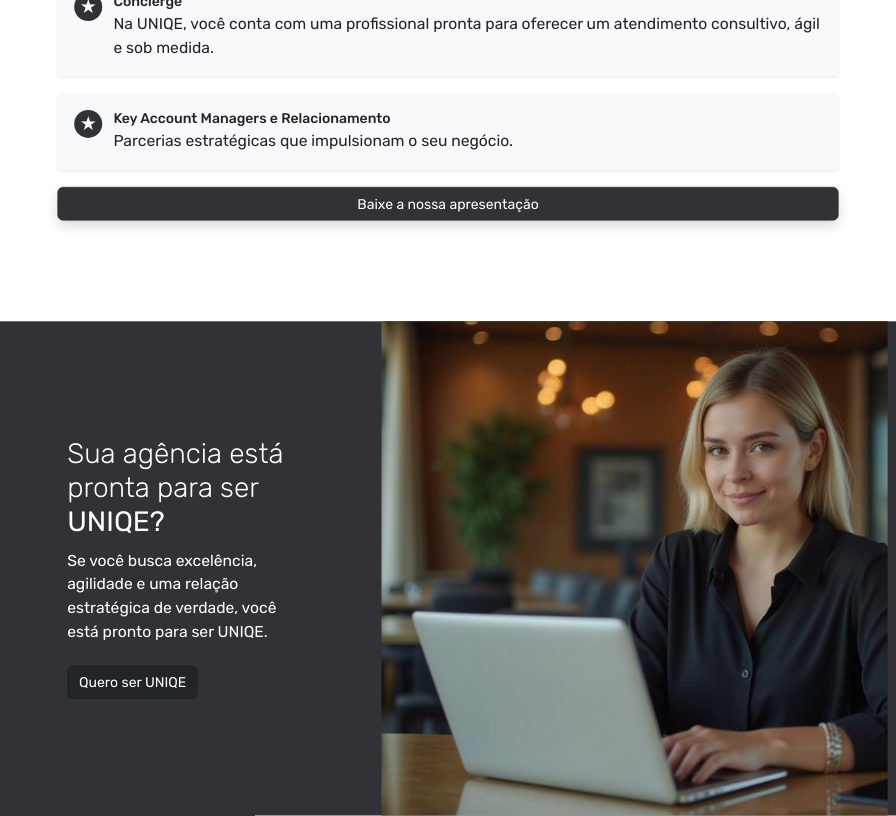
Repository: SkyTeam-Dev/Site-Uniqe
Page: http://localhost/
An editor plug-in stored every save of this project. The page is shown before and after the next save, followed by the edit.
The browser window is 1280 px wide. The pictures show the part of the page from y = 2170 to 4090 px (the page is 3335 px tall before and 4090 px after), at 70% of full size.
Some web libraries are served in a nearby version. The page is run by PHP 8.4 with error messages shown; the project is at /var/www/html/.

Above is the page before, as saved 2025-07-04 10:53:29.

### index.php
<!DOCTYPE html>
<html lang="pt-br" prefix="og: https://ogp.me/ns#"></html>

<head>
    <title>:: Uniqe by Skyteam ::</title>
    <!-- Define uma descrição otimizada para mecanismos de busca (Maximo 160 caracteres mas o recomendado é 50 caracteres) -->
    <link rel="profile" href="https://gmpg.org/xfn/11">
    <meta name="description"
        content="Uniqe Consolidadora: especialista em soluções integradas para agências e operadoras de turismo. Emissão facilitada de passagens aéreas, hotéis e serviços, com acesso a tarifas exclusivas, tecnologia avançada (GDS, APIs, back‑e front‑office) e suporte completo para viagens corporativas e lazer." />
    <!-- Define palavras-chave (não tem mais impacto no Google, mas pode ajudar em outros mecanismos) -->
    <meta name="keywords" content="consolidadora de turismo, consolidadora low‑cost, consolidadores de voos, consolidadora corporate, integração com GDS, emissão consolidada, taxa de consolidação, tarifa net, tarifa consolidada, agência de viagens, operadora de turismo, consolidadora de passagens, emissão de bilhetes, GDS, pacotes turísticos, cotação de voos, voos internacionais, voos nacionais, tarifas aéreas, reserva online, sistema de reservas, integrador GDS, e‑ticket, back‑office, front‑office, gestão de reservas, gestão de bilhetes, consolidadora corporate, viagem corporativa, agência corporativa, viagem business, travel policy, controle de despesas, prestação de contas, dashboards corporativos, booking online corporativo, análise de gastos, travel management company (TMC), integração ERP, aprovação de viagem, hotel, sistema hoteleiro, PMS (Property Management System), CRS (Central Reservation System), booking de hotéis, gestão de reservas, check‑in/out, inventário de quartos, channel manager, tarifas de acomodação, pacote com hospedagem, luxo, resort, pousada, sistema de turismo, ERP, back‑office viagem, front‑office agência, plataforma digital, API para hotéis, chatbot de viagem, CRM para agência, software de gestão, automação de venda, BI para turismo, análise de dados, integração OAuth, segurança web, mobile booking, traveltech, fintech de viagem, cashback de viagem, programa de fidelidade, cashback em passagens, descontos exclusivos, ofertas promocionais, pacote promocional, tarifas especiais, trip benefits, incentivo de viagem, viagem de luxo, turismo premium, experiência VIP, travel concierge, roteiros exclusivos, first class, business class, pacote VIP, alta gastronomia, hospedagem cinco estrelas, resort de luxo, parcerias com GDS (Amadeus, Sabre, Travelport), API de integração, integração com buscadores, travel aggregator, parceiro tecnológico, consolidadora parceira ">
    <meta charset="utf-8">
    <meta http-equiv="X-UA-Compatible" content="IE=edge">
    <link rel="canonical" href="https://uniqe.tur.br/" />
    <link rel='shortlink' href='https://uniqe.tur.br/' />
    <meta name="referrer" content="strict-origin">

    <?php

    if($_SERVER['HTTP_HOST'] == 'uniqe.tur.br' || $_SERVER['HTTP_HOST'] == 'www.uniqe.tur.br') {
    ?>
    <!-- Define a indexação pelos mecanismos de busca -->
<meta name="robots" content="index, follow, max-snippet:-1, max-video-preview:-1, max-image-preview:large"/> <!-- Para indexar e seguir links -->
    <?php
    } else {
      ?>

    <meta name="robots" content="noindex, nofollow""> <!-- Para Não indexar e seguir links -->

    <?php

    }

    ?>

    <!-- GOOGLE JSON-LD para SEO -->
    <script type=" application/ld+json">
    {
    "@context": "https://schema.org",
    "@type": "WebSite",
    "name": "Uniqe by Skyteam",
    "url": "https://uniqe.tur.br",
    "description": "Uniqe Consolidadora: especialista em soluções integradas para agências e operadoras de turismo. Emissão facilitada de passagens aéreas, hotéis e serviços, com acesso a tarifas exclusivas, tecnologia avançada (GDS, APIs, back‑e front‑office) e suporte completo para viagens corporativas e lazer.",
    "image": "https://uniqe.tur.br/Templates/Default/Imagens/OG_Uniqe_Base.jpg",
    "author": {
    "@type": "Person",
    "name": "Uniqe"
    },
    "publisher": {
    "@type": "Organization",
    "name": "Uniqe by Skyteam",
    "logo": {
    "@type": "ImageObject",
    "url": "https://uniqe.tur.br/Templates/Default/Imagens/OG_Uniqe_Base.jpg"
    }
    }
    }
    </script>
    <!-- GOOGLE JSON-LD para SEO -->

    <!-- Define o autor do conteúdo -->
    <meta name="author" content="Uniqe By SkyTeam">
	  <meta name="copyright" content="© <?php echo date("Y");?> Uniqe By SkyTeam" />
	  <meta name="DC.rights" content="https://uniqe.tur.br">
	  <meta name="dcterms:rightsHolder" content="Uniqe By SkyTeam">

	  <meta name="developer" content="Charles Corrêa <charlescorreaweb@gmail.com">

    <!-- Controla como o Google exibe o snippet do site -->
    <meta name="google" content="nosnippet"> <!-- Impede snippets na SERP -->
    <meta name="google" content="max-snippet:-1, max-image-preview:large, max-video-preview:-1">
    <!-- Personaliza como o conteúdo é mostrado -->

    <!-- Diz ao Google para não traduzir a página automaticamente -->
    <meta name="google" content="notranslate">

    <!-- Define a geolocalização para buscas locais -->
    <meta name="DC.title" content="Uniqe By SkyTeam" />
    <meta name="geo.region" content="BR-RS" />
    <meta name="geo.placename" content="Porto Alegre" />
    <meta name="geo.position" content="-30.030205;-51.229975" />
    <meta name="ICBM" content="-30.030205, -51.229975" />
    <!-- Criador do conteúdo -->
    <meta name="DC.creator" content="Uniqe By SkyTeam">
    <!-- Assunto ou tema do conteúdo -->
    <meta name="DC.subject"
        content="Uniqe Consolidadora: especialista em soluções integradas para agências e operadoras de turismo. Emissão facilitada de passagens aéreas, hotéis e serviços, com acesso a tarifas exclusivas, tecnologia avançada (GDS, APIs, back‑e front‑office) e suporte completo para viagens corporativas e lazer.">
    <!-- Descrição do conteúdo -->
    <meta name=" DC.description"
        content="Uniqe Consolidadora: especialista em soluções integradas para agências e operadoras de turismo. Emissão facilitada de passagens aéreas, hotéis e serviços, com acesso a tarifas exclusivas, tecnologia avançada (GDS, APIs, back‑e front‑office) e suporte completo para viagens corporativas e lazer.">

    <!-- Editora ou organização responsável -->
    <meta name="publisher" content="Uniqe By SkyTeam">
    <!-- Identificador único (ex: URL, DOI) -->
    <meta name="identifier" content="https://uniqe.tur.br">
    <!-- Idioma do conteúdo -->
    <meta name="language" content="pt-BR">

    <!-- Direitos autorais e licenciamento -->
    <meta name="rights" content="© <?php echo date("Y");?> Uniqe By SkyTeam. Todos os direitos reservados.">


    <!-- Definição do protocolo Open Graph BASE -->
    <meta property="og:type" content="website">
    <!-- URL canônica da página -->
    <meta property="og:url" content="https://uniqe.tur.br/">
    <!-- Título que aparecerá no compartilhamento -->
    <meta property="og:title" content="Uniqe by Skyteam">
    <!-- Descrição curta e chamativa -->
    <meta property="og:description"
        content="Uniqe Consolidadora: especialista em soluções integradas para agências e operadoras de turismo. Emissão facilitada de passagens aéreas, hotéis e serviços, com acesso a tarifas exclusivas, tecnologia avançada (GDS, APIs, back‑e front‑office) e suporte completo para viagens corporativas e lazer.">
    <!-- Imagem para exibição no compartilhamento -->
    <meta property="og:image" content="https://uniqe.tur.br/Templates/Default/Imagens/OG_Uniqe_Base.jpg">
    <!-- 1200x630 pixels é o tamanho recomendado pelo Facebook e outras redes sociais -->
    <meta property="og:image:alt"
        content="Uniqe Consolidadora: especialista em soluções integradas para agências e operadoras de turismo. Emissão facilitada de passagens aéreas, hotéis e serviços, com acesso a tarifas exclusivas, tecnologia avançada (GDS, APIs, back‑e front‑office) e suporte completo para viagens corporativas e lazer.">
    <!-- Especificações adicionais para a imagem -->
    <meta property="og:image:width" content="1200">
    <meta property="og:image:height" content="630">
    <!-- Nome do site (opcional, mas recomendado) -->
    <meta property="og:site_name" content="Uniqe by Skyteam">
    <!-- Idioma da página -->
    <meta property="og:locale" content="pt_BR">
    <!-- Definição do protocolo Open Graph BASE -->

    <!-- Twitter Card -->
    <meta name="twitter:card" content="summary_large_image">
    <meta name="twitter:title" content="Uniqe by Skyteam">
    <meta name="twitter:description"
        content="Uniqe Consolidadora: especialista em soluções integradas para agências e operadoras de turismo. Emissão facilitada de passagens aéreas, hotéis e serviços, com acesso a tarifas exclusivas, tecnologia avançada (GDS, APIs, back‑e front‑office) e suporte completo para viagens corporativas e lazer.">
    <meta name="twitter:image" content="https://uniqe.tur.br/Templates/Default/Imagens/OG_Uniqe_Base.jpg">
    <!-- Twitter Card -->



    <meta name="viewport" content="width=device-width, initial-scale=1, shrink-to-fit=no">

    <link rel='preconnect' href='//fonts.googleapis.com' />
    <link rel="preconnect" href="//fonts.gstatic.com" crossorigin>
    <link rel='preconnect' href='//jsdelivr.net' />
    <link rel='preconnect' href='//cdn.jsdelivr.net' />
    <link rel='preconnect' href='//code.jquery.com' />



    <!-- CSS -->
    <script src="https://kit.fontawesome.com/1f7edb10c1.js" crossorigin="anonymous"></script>

    <link
        href="https://fonts.googleapis.com/css2?family=DM+Sans:ital,opsz,wght@0,9..40,100..1000;1,9..40,100..1000&family=Inter:ital,opsz,wght@0,14..32,100..900;1,14..32,100..900&family=Rubik:ital,wght@0,300..900;1,300..900&display=swap"
        rel="stylesheet">

    <link rel="stylesheet" href="Templates/Default/Bootstrap/bootstrap.css">
    <link rel="stylesheet" href="Templates/Default/CSS/Site.css">

    <link rel="stylesheet" href="https://cdn.jsdelivr.net/npm/slick-carousel@1.8.1/slick/slick.css" />
    <link rel="stylesheet" href="https://cdn.jsdelivr.net/npm/slick-carousel@1.8.1/slick/slick-theme.css" />


    <!-- CSS -->

    <!-- Favicon -->


    <!-- Favicon e Theme Color-->
    <link rel="icon" type="image/png" href="Templates/Default/Imagens/Favicons/favicon-96x96.png" sizes="96x96" />
    <link rel="icon" type="image/svg+xml" href="Templates/Default/Imagens/Favicons/favicon.svg" />
    <link rel="shortcut icon" href="Templates/Default/Imagens/Favicons/favicon.ico" />
    <link rel="icon" href="Templates/Default/Imagens/Favicons/favicon.ico" type="image/x-icon">
    <link rel="apple-touch-icon" sizes="180x180" href="Templates/Default/Imagens/Favicons/apple-touch-icon.png" />
    <link rel="manifest" href="Templates/Default/Imagens/Favicons/site.webmanifest" />
    <link rel="apple-touch-icon" href="Templates/Default/Imagens/Favicons/favicon-96x96.png">
    <meta name="msapplication-TileImage" content="Templates/Default/Imagens/Favicons/favicon-96x96.png">
    <meta name="theme-color" content="#313136">
    <meta name="apple-mobile-web-app-capable" content="yes">
    <meta name="apple-mobile-web-app-status-bar-style" content="black-translucent">
    <meta name="msapplication-TileColor" content="#313136">
    <!-- Favicon -->


    <!-- Rastreamento e Comunicação -->

    <!-- Google Tag Manager -->
    <script>
    (function(w, d, s, l, i) {
        w[l] = w[l] || [];
        w[l].push({
            'gtm.start': new Date().getTime(),
            event: 'gtm.js'
        });
        var f = d.getElementsByTagName(s)[0],
            j = d.createElement(s),
            dl = l != 'dataLayer' ? '&l=' + l : '';
        j.async = true;
        j.src =
            'https://www.googletagmanager.com/gtm.js?id=' + i + dl;
        f.parentNode.insertBefore(j, f);
    })(window, document, 'script', 'dataLayer', 'GTM-PS6PGN9L');
    </script>
    <!-- End Google Tag Manager -->

    <!-- Rastreamento e Comunicação -->



    <script src="https://www.google.com/recaptcha/api.js"></script>


</head>

<body onload="document.body.classList.add('show');" class="fade-in">


    <!-- Cabeçalho -->
    <header id="mainHeader" class="menu-transparent mt-0">
        <div class="container-fluid d-flex justify-content-between align-items-center p-3">
            <div>
                <img src="Templates/Default/Imagens/Logo_Uniqe_Branco.png" class="ms-4 img-fluid fw-bold">
                <!-- Troque pelo seu logo -->
            </div>
            <div>
                <a href="#" class="btn btn-sm btn-outline-light me-2 rounded-3 shadow">Seja Cliente</a>
                <a href="#" class="btn btn-sm btn-light rounded-3 shadow">Portal Uniqe</a>
            </div>
        </div>
    </header>

    <!-- Conteúdo -->
    <main class="bg-primary">

        <section class="container-fluid p-5 Hero d-flex justify-content-center align-items-center min-vh-100" id="Hero">
            <div class="row">
                <div class="col-md-6 col-sm-12">
                    <h1 class="text-white mb-5">Consolidadora Premium para Grandes Negócios do Turismo</h1>
                    <p class="text-white mb-3">Atendimento completo, personalizado e com foco em performance e
                        relacionamento.</p>
                    <a href="#" class="btn btn-lg btn-primary">Quero ser UNIQE</a>
                </div>
            </div>


        </section>

    </main>
    <!-- Conteúdo -->

    <!-- Cabeçalho -->

    <!-- Por que ser UNIQE -->

    <section class="container bg-white Espacamento_Superior">

        <div class="row  p-5">

            <div class="col-sm-12">

                <h1 class="mb-2">Por que ser UNIQE?</h1>
                <p class="mb-5">Mais do que uma consolidadora, somos um parceiro estratégico com atendimento premium
                    e completo em todas as etapas da jornada.</p>
            </div>
        </div>
        <div class="row text-center">

            <div class="col-md-3 col-sm-12">
                <img src="Templates/Default/Imagens/foto-uniqe-01.jpg"
                    class="img-fluid img-hover-site text-center m-2 rounded border-1">
            </div>

            <div class="col-md-3 col-sm-12">
                <img src="Templates/Default/Imagens/foto-uniqe-02.png"
                    class="img-fluid img-hover-site text-center m-2 rounded border=1">
            </div>

            <div class="col-md-3 col-sm-12">
                <img src="Templates/Default/Imagens/foto-uniqe-03.jpg"
                    class="img-fluid img-hover-site text-center m-2 rounded border=1">
            </div>

            <div class="col-md-3 col-sm-12">
                <img src="Templates/Default/Imagens/foto-uniqe-04.jpg"
                    class="img-fluid img-hover-site text-center m-2 rounded border-1">
            </div>




        </div>

        </div>

    </section>

    <!-- Por que ser UNIQE -->

    <section class="container py-5">
        <div class="row g-4">

            <div class="col-12">
                <div class="card-beneficio d-flex align-items-start bg-light rounded p-4 shadow-sm">
                    <div class="me-3">
                        <span
                            class="icone fs-4 text-white rounded-circle d-inline-flex align-items-center justify-content-center"
                            style="width: 40px; height: 40px;">
                            ★
                        </span>
                    </div>
                    <div>
                        <h5 class="mb-1">Atendimento Premium</h5>
                        <p class="mb-0">Equipe dedicada, com atendimento consultivo e soluções sob medida para sua
                            agência.</p>
                    </div>
                </div>
            </div>

            <div class="col-12">
                <div class="card-beneficio d-flex align-items-start bg-light rounded p-4 shadow-sm">
                    <div class="me-3">
                        <span
                            class="icone fs-4 text-white rounded-circle d-inline-flex align-items-center justify-content-center"
                            style="width: 40px; height: 40px;">
                            ★
                        </span>
                    </div>
                    <div>
                        <h5 class="mb-1">Suporte de Ponta a Ponta</h5>
                        <p class="mb-0">Do planejamento ao pós-venda, oferecemos suporte completo com agilidade e
                            excelência.</p>
                    </div>
                </div>
            </div>


            <div class="col-12">
                <div class="card-beneficio d-flex align-items-start bg-light rounded p-4 shadow-sm">
                    <div class="me-3">
                        <span
                            class="icone fs-4 text-white rounded-circle d-inline-flex align-items-center justify-content-center"
                            style="width: 40px; height: 40px;">
                            ★
                        </span>
                    </div>
                    <div>
                        <h5 class="mb-1">Plantão Emergencial</h5>
                        <p class="mb-0">Profissionais do próprio time, preparados para agir com rapidez, diante de
                            qualquer imprevisto.</p>
                    </div>
                </div>
            </div>

            <div class="col-12">
                <div class="card-beneficio d-flex align-items-start bg-light rounded p-4 shadow-sm">
                    <div class="me-3">
                        <span
                            class="icone fs-4 text-white rounded-circle d-inline-flex align-items-center justify-content-center"
                            style="width: 40px; height: 40px;">
                            ★
                        </span>
                    </div>
                    <div>
                        <h5 class="mb-1">Campanhas Exclusivas</h5>
                        <p class="mb-0">A UNIQE premia e incentiva seus parceiros com campanhas exclusivas que garantem
                            vantagens especiais.</p>
                    </div>
                </div>
            </div>

            <div class="col-12">
                <div class="card-beneficio d-flex align-items-start bg-light rounded p-4 shadow-sm">
                    <div class="me-3">
                        <span
                            class="icone fs-4 text-white rounded-circle d-inline-flex align-items-center justify-content-center"
                            style="width: 40px; height: 40px;">
                            ★
                        </span>
                    </div>
                    <div>
                        <h5 class="mb-1">Concierge</h5>
                        <p class="mb-0">Na UNIQE, você conta com uma profissional pronta para oferecer um atendimento
                            consultivo, ágil e sob medida.</p>
                    </div>
                </div>
            </div>

            <div class="col-12">
                <div class="card-beneficio d-flex align-items-start bg-light rounded p-4 shadow-sm">
                    <div class="me-3">
                        <span
                            class="icone fs-4 text-white rounded-circle d-inline-flex align-items-center justify-content-center"
                            style="width: 40px; height: 40px;">
                            ★
                        </span>
                    </div>
                    <div>
                        <h5 class="mb-1">Key Account Managers e Relacionamento</h5>
                        <p class="mb-0">Parcerias estratégicas que impulsionam o seu negócio.</p>
                    </div>
                </div>
            </div>

            <div class="col-12">
                <div class="d-grid gap-2">
                    <a href="#" class="btn btn-primary btn-block btn-lg rounded-3 shadow mb-5" data-bs-toggle="modal"
                        data-bs-target="#modalPDF">
                        Baixe a nossa apresentação
                    </a>
                </div>
            </div>

            <!-- MODAL -->

            <div class="modal fade" id="modalPDF" tabindex="-1" aria-labelledby="modalPDFLabel" aria-hidden="true"
                data-bs-keyboard="false">
                <div class="modal-dialog modal-dialog-centered modal-xl">
                    <div class="modal-content">
                        <div class="modal-header">
                            <h5 class="modal-title" id="modalPDFLabel">Apresentação UNIQE</h5>
                            <button type="button" class="btn-close" data-bs-dismiss="modal"
                                aria-label="Fechar"></button>
                        </div>
                        <div class="modal-body p-0" style="height: 85vh;">
                            <iframe
                                src="https://uniqe.blob.core.windows.net/uniqe/apresentacao/apresenta%C3%A7%C3%A3o-uniqe.pdf"
                                class="w-100 h-100 border-0"></iframe>
                        </div>
                    </div>
                </div>
            </div>

            <!-- MODAL -->

        </div>
    </section>

    <section class="container-fluid bg-primary mt-5 text-white">

        <div class="row align-items-center">

            <!-- Coluna de texto -->

            <div class="col-md-5 p-5 mb-4 mb-md-0">
                <div class="p-5">
                    <h1 class="fw-light">Sua agência está pronta para ser <strong>UNIQE?</strong></h1>
                    <p class="mt-3">Se você busca excelência, agilidade e uma relação estratégica de verdade, você está
                        pronto para ser UNIQE.</p>
                    <a href="#" class="btn btn-dark btn-lg mt-3">Quero ser UNIQE</a>
                </div>
            </div>


            <!-- Coluna de imagem -->
            <div class="col-md-7 d-flex align-items-stretch">
                <div class="w-100">
                    <img src="Templates/Default/Imagens/foto-uniqe-formulario.jpg" alt="Atendente UNIQE"
                        class="img-fluid w-100 h-100 object-fit-cover">
                </div>
            </div>


        </div>
    </section>







    <script src="https://cdn.jsdelivr.net/npm/bootstrap@5.3.3/dist/js/bootstrap.bundle.min.js"></script>
    <script>
    const header = document.getElementById('mainHeader');
    let lastScroll = 0;

    window.addEventListener('scroll', () => {
        const currentScroll = window.scrollY;

        if (currentScroll <= 0) {
            header.classList.add('menu-transparent');
            header.classList.remove('menu-colored');
            return;
        }

        if (currentScroll > lastScroll) {
            // Rolando para baixo
            header.classList.add('menu-colored');
            header.classList.remove('menu-transparent');
        } else {
            // Rolando para cima
            if (currentScroll <= 100) {
                header.classList.add('menu-transparent');
                header.classList.remove('menu-colored');
            }
        }

        lastScroll = currentScroll;
    });
    </script>

</body>

</html>

Loaded but not shown: Templates/Default/Bootstrap/bootstrap.css (library); Templates/Default/CSS/Site.css (91 lines, source omitted)

After the next save:
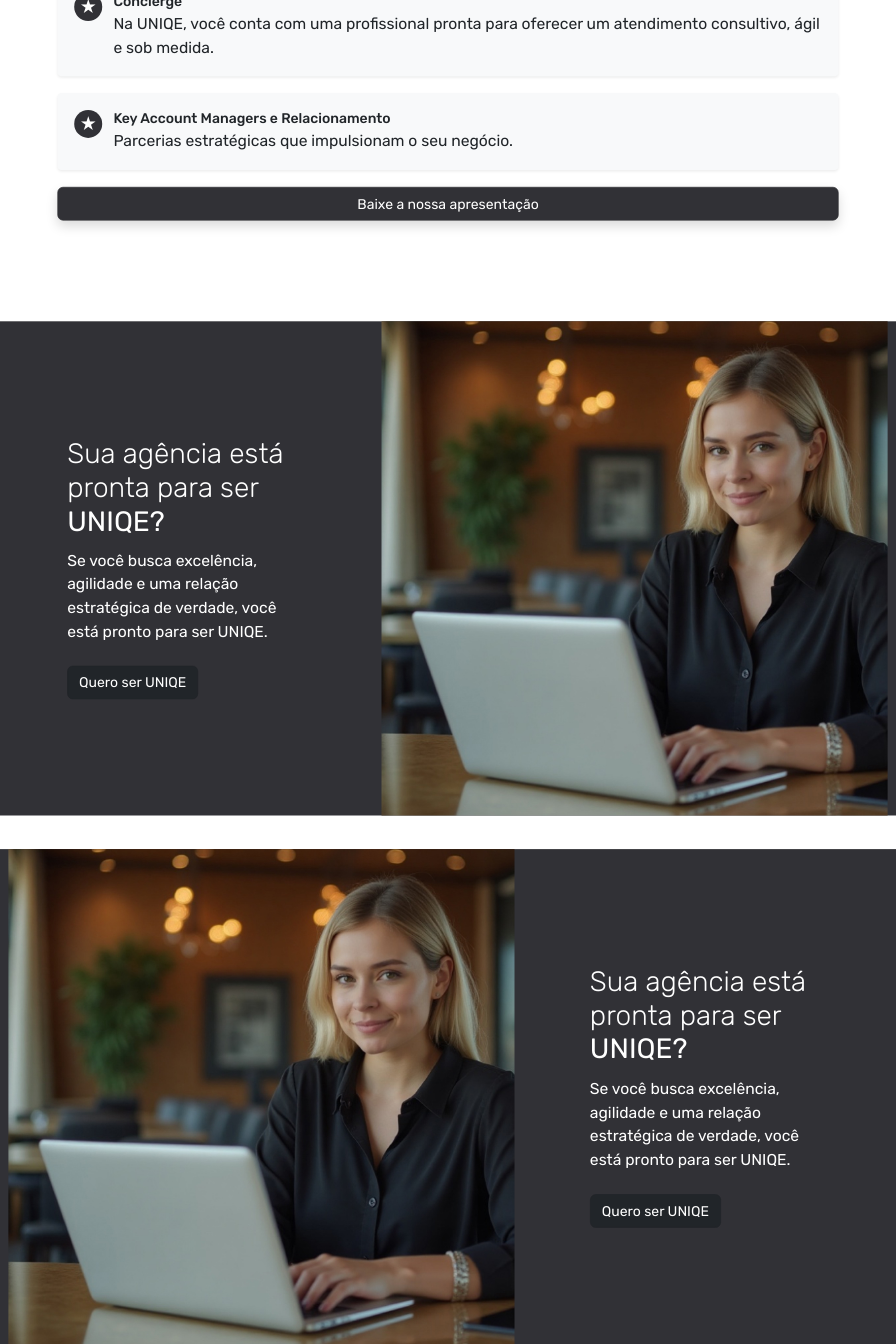
Saved 73 s later.
--- a/index.php
+++ b/index.php
@@ -460,6 +460,32 @@
     </section>
 
 
+     <section class="container-fluid bg-primary mt-5 text-white">
+
+        <div class="row align-items-center">
+
+        <!-- Coluna de imagem -->
+            <div class="col-md-7 d-flex align-items-stretch">
+                <div class="w-100">
+                    <img src="Templates/Default/Imagens/foto-uniqe-formulario.jpg" alt="Atendente UNIQE"
+                        class="img-fluid w-100 h-100 object-fit-cover">
+                </div>
+            </div>
+
+            <!-- Coluna de texto -->
+
+            <div class="col-md-5 p-5 mb-4 mb-md-0">
+                <div class="p-5">
+                    <h1 class="fw-light">Sua agência está pronta para ser <strong>UNIQE?</strong></h1>
+                    <p class="mt-3">Se você busca excelência, agilidade e uma relação estratégica de verdade, você está
+                        pronto para ser UNIQE.</p>
+                    <a href="#" class="btn btn-dark btn-lg mt-3">Quero ser UNIQE</a>
+                </div>
+            </div>
+        </div>
+    </section>
+
+
 
 
 
